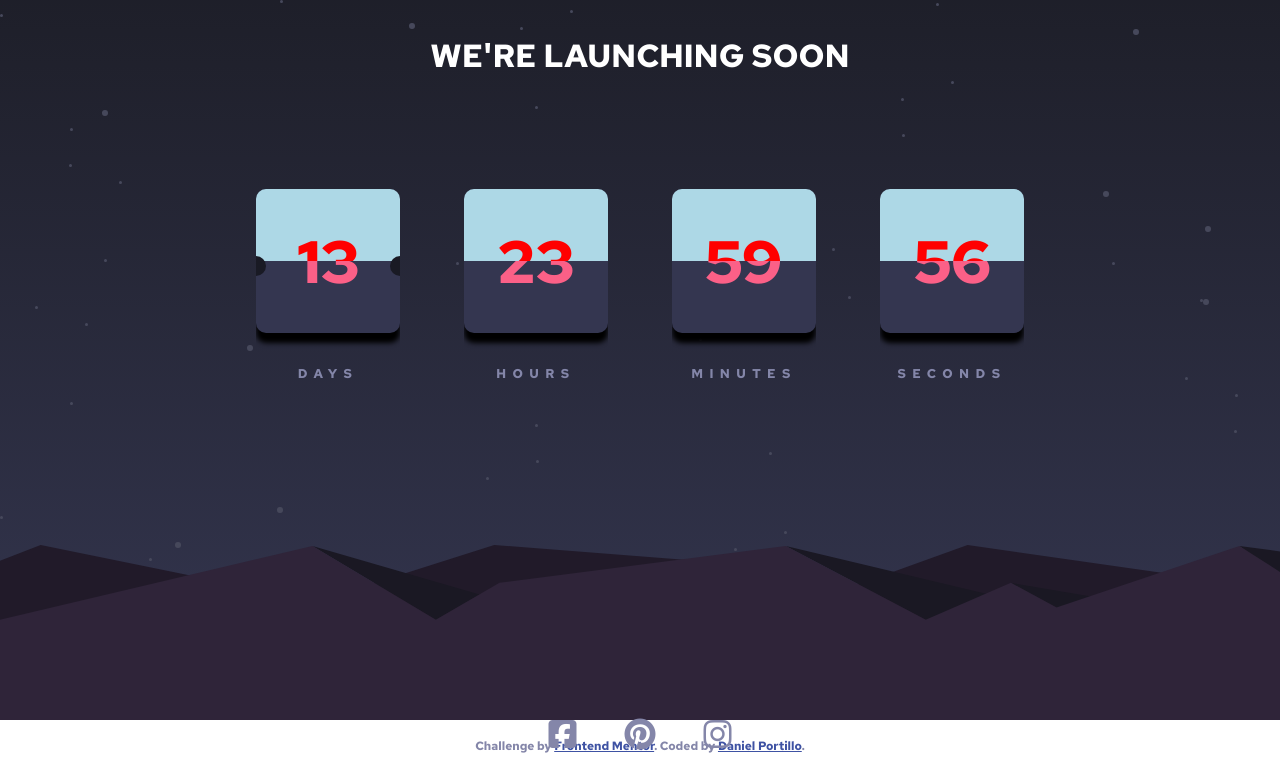
Repository: dportillo23/launch-countdown-timer-main
Page: index.html
The author's editor kept a copy of each file at every save. The page is drawn from the files as they stood at one save, then again after the next save.
The browser window is 1280 px wide. The pictures show the whole page.
Some web libraries are served in a nearby version. The style sheet was rebuilt from its Sass, Less or Tailwind sources for each picture, by a compiler version that may differ from the author's.

Above is the page before, as saved 2021-07-02 10:26:38.

### index.html
<!DOCTYPE html>
<html lang="en">

<head>
  <meta charset="UTF-8">
  <meta name="viewport" content="width=device-width, initial-scale=1.0">

  <!-- displays site properly based on user's device -->
  <link rel="stylesheet" href="style.css">
  <link rel="icon" type="image/png" sizes="32x32" href="./images/favicon-32x32.png">

  <!-- Fontawesome connection -->
  <script src="https://kit.fontawesome.com/22e099610c.js" crossorigin="anonymous"></script>
  <link rel="stylesheet" href="path/to/font-awesome/css/font-awesome.min.css">

  <!-- Google fonts -->
  <link rel="preconnect" href="https://fonts.gstatic.com">
  <link href="https://fonts.googleapis.com/css2?family=Red+Hat+Text:wght@700&display=swap" rel="stylesheet">

  <title>Frontend Mentor | Launch countdown timer</title>

</head>

<body>
  <div class="header">
    <div class="container">

      <h1 class="title">We're launching soon</h1>

      <!-- Cards Section -->
      <div class="cards--section">

        <!-- Days card -->
        <div class="cards--container">
          <div class="circle left"></div>
          <div class="card--number--container days" id="days">

            14

          </div>
          <div class="circle right"></div>
          <h3 class="card--subtitle">Days</h3>
        </div>

        <!-- Hours card -->
        <div class="cards--container">
          <div class="card--number--container front  hours" id="hours">
            00
          </div>
          <h3 class="card--subtitle">Hours</h3>
        </div>

        <!-- Minutes card -->
        <div class="cards--container">
          <div class="card--number--container  minutes" id="minutes">
            00
          </div>
          <h3 class="card--subtitle">Minutes</h3>
        </div>

        <!-- Seconds card -->
        <div class="cards--container">
          <div class="card--number--container seconds" data-value="" id="seconds">
           00
          </div>
          <h3 class="card--subtitle">Seconds</h3>
        </div>
      </div>

      <!-- Social media icons section -->
      <div class="social--container">
        <img src="./images/pattern-hills.svg" alt="hills" srcset="">
        <a href=""><i class="fab fa-facebook-square"></i></a></i><a href=""><i class="fab fa-pinterest"></i></a><a
          href=""><i class="fab fa-instagram"></i></a></div>
    </div>
  </div>

<!-- Footer -->
  <footer>
    <div class="attribution">
      Challenge by <a href="https://www.frontendmentor.io?ref=challenge" target="_blank">Frontend Mentor</a>.
      Coded by <a href="https://dportillo23.github.io/My-Personal-Site/">Daniel Portillo</a>.
    </div>
  </footer>

  <script src="app.js"></script>
</body>

</html>

### app.js
// Constants
const seconds = 1000;
const minutes = seconds * 60;
const hours = minutes * 60;
const days = hours * 24;


// Functions
// Function to make the difference between end and actual time
function difference(endTime, startTime) {
    return endTime - startTime;
}

//Change 60 for 00
const sixtyToZero = num => {
    if (num == 60) {
        num = "00"
    }

    return num
}


//  Function to add leading zeros if needed
function addLeadingZero(num) {
    if (num < 10) {
        num = "0" + num;
    }
    return num;
}

// Card object definition
class Card {
    constructor(_class, _initialTime) {
        this.card = document.getElementById(_class);
        this.actualTime = _initialTime;
        this.pastTime = _initialTime;
        this.updateTimer(this.actualTime);
    }

    setNewTimes(_time) {
        this.pastTime = this.actualTime;
        this.actualTime = sixtyToZero(addLeadingZero(_time));
        this.updateTimer();
        this.setDataAttribute();
        if (this.actualTime !== this.pastTime) {
            console.log(this.actualTime, this.pastTime);
            this.flipCard()
        }
    }

    updateTimer() {
        this.card.innerHTML = this.actualTime;
    }

    flipCard() {
        console.log("Flip Card " + this.card.id);
    }

    setDataAttribute() {
        this.card.setAttribute("data-value", this.actualTime)
    }
}


// Create Card Objects
const daysCard = new Card("days", "14");
const hoursCard = new Card("hours", "00");
const minutesCard = new Card("minutes", "00");
const secondsCard = new Card("seconds", "00");


// Set counter final day
const finish = new Date();
finish.setDate(finish.getDate() + 14);


// Start countdown
setInterval(() => {
    const actualTime = new Date();
    const timeDifference = difference(finish, actualTime);

    daysCard.setNewTimes(Math.floor(timeDifference / days));
    hoursCard.setNewTimes(Math.floor((timeDifference % days) / hours));
    minutesCard.setNewTimes(Math.floor((timeDifference % hours) / minutes));
    secondsCard.setNewTimes((Math.floor((timeDifference % minutes) / seconds) + 1));

}, 1000);

### style.scss
*,
*::before,
*::after {
    box-sizing: border-box;
    margin: 0;
}

$col-ppal: hsl(237, 18%, 59%);
$col-red: hsl(345, 95%, 68%);

$col-dark: hsl(236, 21%, 26%);
$col-dark-blue: hsl(235, 16%, 14%);
$col-darker: hsl(234, 17%, 12%);

body {
    font-family: 'Red Hat Text', sans-serif;
    color: $col-ppal;
}

.header {
    min-height: 100vh;
    display: flex;
    flex-direction: column;
    justify-content: center;
    align-items: center;
    background: linear-gradient($col-dark-blue, $col-dark);
}

.container {
    min-height: 100vh;
    width: 100%;
    display: flex;
    flex-direction: column;
    justify-content: center;
    align-items: center;
    gap: 7em;
    position: relative;
    background: url('./images/bg-stars.svg');
}

.title {
    text-transform: uppercase;
    color: #fff;
}

// Cards Secition

.cards--section {
    display: flex;
    gap: 4em;
    padding-bottom: 10em;
}

.cards--container {
    display: flex;
    flex-direction: column;
    gap: 2em;
    justify-content: center;
    align-items: center;
    position: relative;
    overflow: hidden;

}

.card--number--container {
    display: flex;
    justify-content: center;
    align-items: center;
    padding: 1em;
    width: 2.25em;
    height: 2.25em;
    background-color: $col-dark;
    border-radius: 10px;
    box-shadow: 0 10px 5px black;
    position: relative;
    overflow: hidden;
    transition: all 0.5s ease;
    color: $col-red;
    font-size: 4rem;

    &::before {
        content: attr(data-value);
        width: 100%;
        height: 50%;
        color: red;
        text-align: center;
        background-color: lightblue;
        padding: 0.5em 0 0;
        position: absolute;
        z-index: 1;
        top: 0;
        overflow: hidden;
    }

    // &::after {
    //     content: attr(data-value);
    //     width: 100%;
    //     height: 100%;
    //     color: blue;
    //     position: absolute;
    //     display: flex;
    //     justify-content: center;
    //     align-items: center;
    // }


}

.circle {
    height: 20px;
    width: 20px;
    border-radius: 50%;
    background-color: $col-darker;
    position: absolute;
    z-index: 2;
    top: 35%;

    &.left {
        left: -10px;
    }

    &.right {
        right: -10px;
    }
}

.card--subtitle {
    text-transform: uppercase;
    letter-spacing: 0.5em;
    font-size: 0.8em;
}

// Social media section

.social--container {
    width: 100%;
    height: 100%;
    display: flex;
    align-items: center;
    justify-content: center;
    gap: 3em;
    // background: lightblue;

    img {
        width: 100%;

        position: absolute;
        z-index: 0;
        bottom: 0;
    }
}

.fab {
    position: relative;
    top: 2em;
    z-index: 1;
    font-size: 2rem;
    color: $col-ppal;

    &:hover {
        color: $col-red;
    }
}

// Footer

.attribution {
    padding: 1.5em;
    font-size: 12px;
    text-align: center;

    a {
        color: hsl(228, 45%, 44%);
    }
}

After the next save:
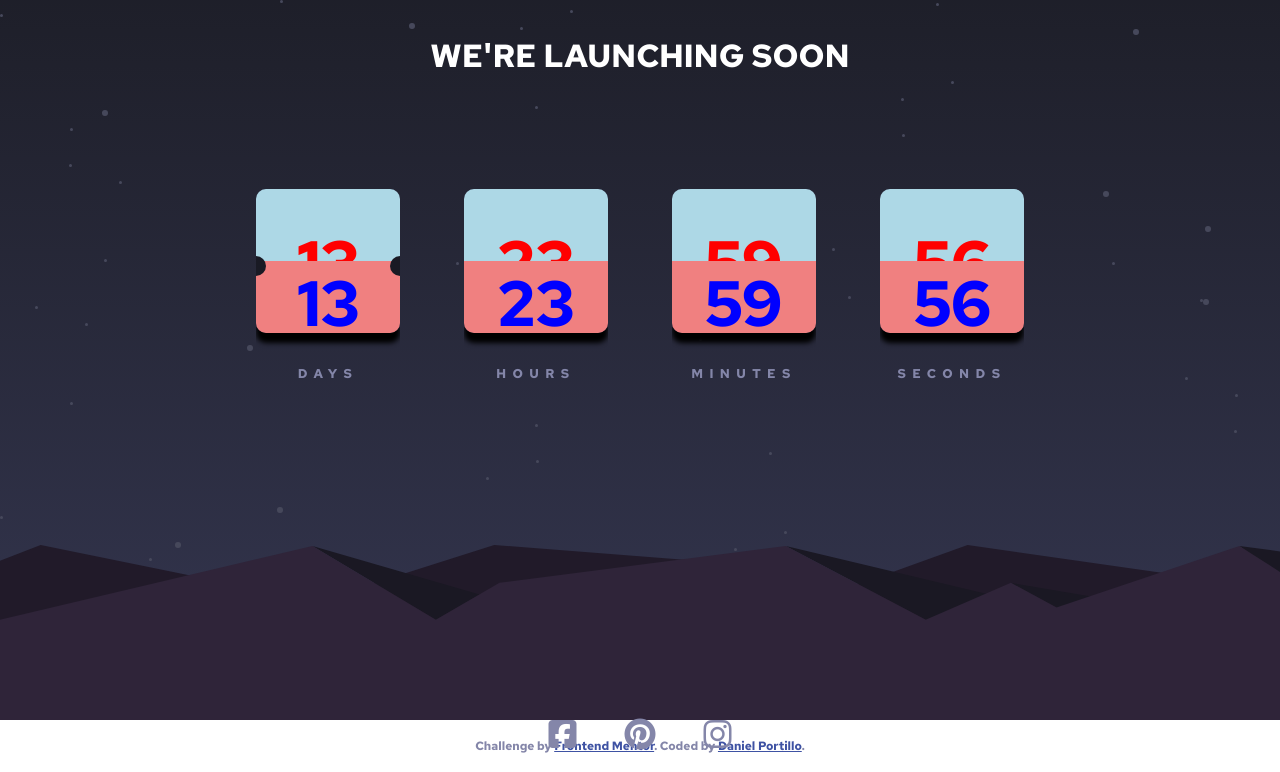
Saved 49 s later.
--- a/style.scss
+++ b/style.scss
@@ -92,16 +92,19 @@ body {
         overflow: hidden;
     }
 
-    // &::after {
-    //     content: attr(data-value);
-    //     width: 100%;
-    //     height: 100%;
-    //     color: blue;
-    //     position: absolute;
-    //     display: flex;
-    //     justify-content: center;
-    //     align-items: center;
-    // }
+    &::after {
+        content: attr(data-value);
+        width: 100%;
+        height: 50%;
+        color: blue;
+        text-align: center;
+        background-color: lightcoral;
+        padding: 0 0 0.5em;
+        position: absolute;
+        z-index: 1;
+        bottom: 0;
+        overflow: hidden;
+    }
 
 
 }
